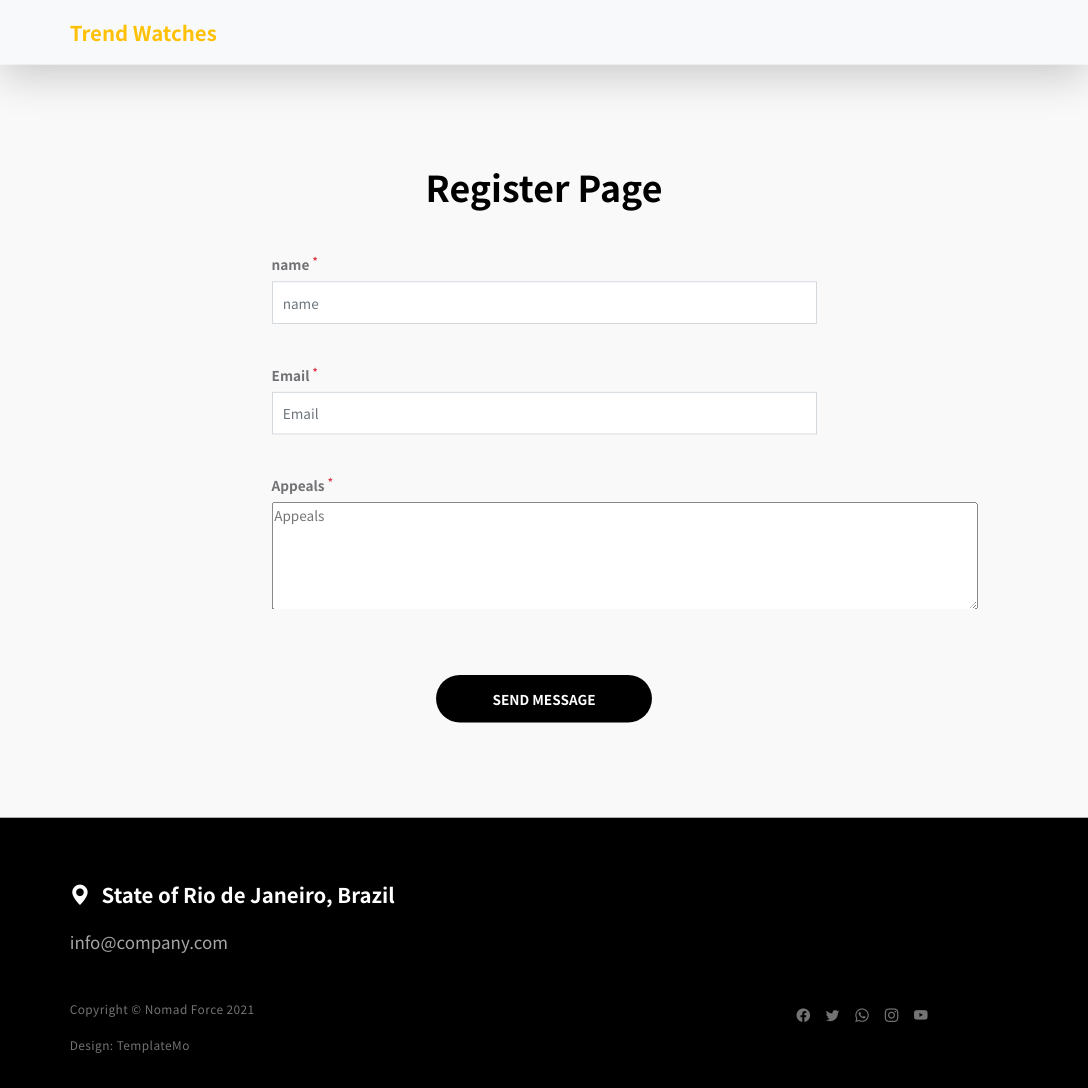
Repository: maqsudov0371/homework
Page: http://localhost/appeals
These files come from the project's save history. The page is drawn as it stood at one moment and after the next save; the edit follows.
The browser window is 1280 px wide. The pictures show the whole page, at 85% of full size.
The page is served by the project's application, run on Django 5.2 (manage.py). Other server files are loaded and not shown.

Above is the page before, as saved 2024-07-13 16:01:26.

### templates/appeals.html
<!doctype html>
<html lang="en">
    {% load static %}
    <head>
        <meta charset="utf-8">
        <meta name="viewport" content="width=device-width, initial-scale=1">

        <meta name="description" content="">
        <meta name="author" content="">

        <title>Nomad Force HTML Bootstrap 5 Template</title>

        <!-- CSS FILES -->
        <link rel="preconnect" href="https://fonts.googleapis.com">

        <link rel="preconnect" href="https://fonts.gstatic.com" crossorigin>

        <link href="https://fonts.googleapis.com/css2?family=Noto+Sans+JP:wght@100;300;400;700;900&display=swap" rel="stylesheet">

        <link href="{% static 'css/bootstrap.min.css' %}" rel="stylesheet">
        <link href="{% static 'css/bootstrap-icons.css' %}" rel="stylesheet">

        <link rel="stylesheet" href="{% static 'css/magnific-popup.css' %} ">

        <link href="{% static 'css/aos.css' %}" rel="stylesheet">

        <link href="{% static 'css/templatemo-nomad-force.css' %}" rel="stylesheet">
<!--

TemplateMo 567 Nomad Force

https://templatemo.com/tm-567-nomad-force

-->
    </head>

    <body>

        <main>



            <nav class="navbar navbar-expand-lg bg-light shadow-lg">
                <div class="container">
                    <a class="navbar-brand" href="index.html">
                        <strong>Trend Watches</strong>
                    </a>

                    <button class="navbar-toggler" type="button" data-bs-toggle="collapse" data-bs-target="#navbarNav" aria-controls="navbarNav" aria-expanded="false" aria-label="Toggle navigation">
                        <span class="navbar-toggler-icon"></span>
                    </button>

                </div>
            </nav>



            <section class="news section-padding" id="news">
                <div class="container">
                    <div class="row">

                        <div class="col-lg-7 col-12 mx-auto">

                            <h2 class="mb-4 text-center aos-init aos-animate" data-aos="fade-up">Register Page</h2>

                            <form action="#" method="post" class="contact-form aos-init aos-animate" role="form" data-aos="fade-up">

                                {% csrf_token %}
                                <div class="row">
                                    <div class="col-12 my-4">
                                        <label for="name" class="form-label">name <sup class="text-danger">*</sup></label>

                                        <input type="text" name="name" id="name" class="form-control" placeholder="name" required="">
                                    </div>

                                    <div class="col-12 my-4">
                                        <label for="email" class="form-label">Email <sup class="text-danger">*</sup></label>

                                        <input type="text" name="email" id="email" class="form-control" placeholder="Email" required="">
                                    </div>


                                    <div class="col-lg-12 my-4">
                                        <label for="appeals" class="form-label">Appeals <sup class="text-danger">*</sup></label>

                                        <!-- <input type="appeals" name="appeals" id="appeals"  class="form-control" placeholder="Appeals" > -->
                                        <textarea name="appeals" id="Appeals" cols="91" rows="5" placeholder="Appeals"></textarea>
                                    </div>

                                <div class="col-lg-5 col-12 mx-auto mt-5">
                                    <button type="submit" class="form-control">Send Message</button>
                                </div>
                            </form>
                        </div>
                </div>
            </section>




        </main>

        <footer class="site-footer">
            <div class="container">
                <div class="row">

                    <div class="col-12">
                        <h5 class="text-white">
                            <i class="bi-geo-alt-fill me-2"></i>
                            State of Rio de Janeiro, Brazil
                        </h5>

                        <a href="mailto:info@company.com" class="custom-link mt-3 mb-5">
                            info@company.com
                        </a>
                    </div>

                    <div class="col-6">
                        <p class="copyright-text mb-0">Copyright © Nomad Force 2021

                        <br><br>Design: <a href="https://templatemo.com/page/1" target="_parent">TemplateMo</a></p>

                    </div>

                    <div class="col-lg-3 col-5 ms-auto">
                        <ul class="social-icon">
                            <li><a href="#" class="social-icon-link bi-facebook"></a></li>

                            <li><a href="#" class="social-icon-link bi-twitter"></a></li>

                            <li><a href="#" class="social-icon-link bi-whatsapp"></a></li>

                            <li><a href="#" class="social-icon-link bi-instagram"></a></li>

                            <li><a href="#" class="social-icon-link bi-youtube"></a></li>
                        </ul>
                    </div>

                </div>
            </section>
        </footer>

        <!-- JAVASCRIPT FILES -->
        <script src="{% static 'js/jquery.min.js' %}"></script>
        <script src="{% static 'js/bootstrap.bundle.min.js' %}"></script>
        <script src="{% static 'js/jquery.sticky.js' %}"></script>
        <script src="{% static 'js/aos.js' %}"></script>
        <script src="{% static 'js/jquery.magnific-popup.min.js' %}"></script>
        <script src="{% static 'js/magnific-popup-options.js' %}"></script>
        <script src="{% static 'js/scrollspy.min.js' %}"></script>
        <script src="{% static 'js/custom.js' %}"></script>

    </body>
</html>

### main/views.py
from django.shortcuts import render
from . import models

def watches(request):
    posts = models.Watches.objects.all()

    context = {
        'post':posts
    }
    return render(request, 'watches.html', context)


def register_user(request):
    if request.method == 'POST':
        name = request.POST['name']
        email = request.POST['email']
        password = request.POST['password']

        user = models.User.objects.create(
            username = name,
            email = email
        )
        user.set_password(password)
        user.save()

    return render(request, 'register.html')


def appeals(request):
    if request.method == 'POST':
        name = request.POST['name']
        email = request.POST['email']
        appeal = request.POST['appeal']

        appeals = models.Appeal.objects.create(
            username = name,
            email = email,
            appeal = appeal
        )
        appeals.set__ap(appeal)
        appeals.save()
    return render(request, 'appeals.html')

### Watches/urls.py
"""
URL configuration for Watches project.

The `urlpatterns` list routes URLs to views. For more information please see:
    https://docs.djangoproject.com/en/5.0/topics/http/urls/
Examples:
Function views
    1. Add an import:  from my_app import views
    2. Add a URL to urlpatterns:  path('', views.home, name='home')
Class-based views
    1. Add an import:  from other_app.views import Home
    2. Add a URL to urlpatterns:  path('', Home.as_view(), name='home')
Including another URLconf
    1. Import the include() function: from django.urls import include, path
    2. Add a URL to urlpatterns:  path('blog/', include('blog.urls'))
"""
from django.contrib import admin
from django.urls import path, include
from django.conf import settings
from django.conf.urls.static import static

urlpatterns = [
    path('admin/', admin.site.urls),
    path('', include('main.urls'))
]+static(settings.MEDIA_URL, document_root=settings.MEDIA_ROOT)

### main/urls.py
from . import views
from django.urls import path

urlpatterns = [
    path('', views.watches),
    path('register-user', views.register_user, name='register_user'),
    path('appeals', views.appeals, name='appeal')
]

Loaded but not shown: static/css/bootstrap.min.css (library); static/css/bootstrap-icons.css (library); static/css/magnific-popup.css (library); static/css/aos.css (library); static/js/jquery.min.js (library); static/js/bootstrap.bundle.min.js (library); static/js/jquery.sticky.js (library); static/js/aos.js (library); static/js/jquery.magnific-popup.min.js (library); static/js/magnific-popup-options.js (common file); static/js/scrollspy.min.js (common file); static/js/custom.js (42 lines, source omitted); static/css/templatemo-nomad-force.css (722 lines, source omitted)

After the next save:
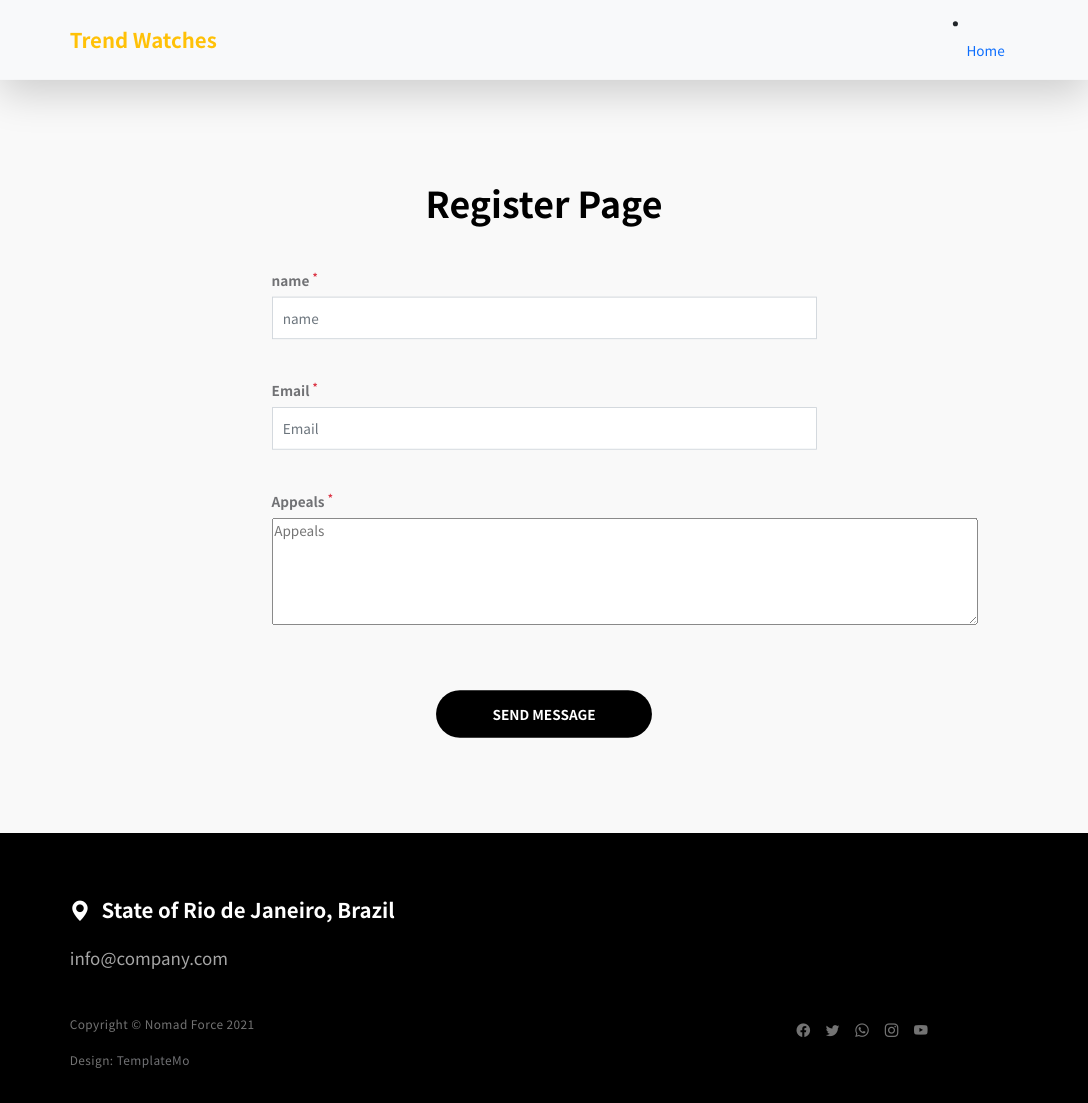
Console error (its wording comes from the project's code and is left out).
Saved 17 s later.
--- a/templates/appeals.html
+++ b/templates/appeals.html
@@ -45,6 +45,10 @@
                     <a class="navbar-brand" href="index.html">
                         <strong>Trend Watches</strong>
                     </a>
+
+                    <li class="nav-item active">
+                        <a class="nav-link" href="http://127.0.0.1:8000/">Home</a>
+                    </li>
 
                     <button class="navbar-toggler" type="button" data-bs-toggle="collapse" data-bs-target="#navbarNav" aria-controls="navbarNav" aria-expanded="false" aria-label="Toggle navigation">
                         <span class="navbar-toggler-icon"></span>

After the 2 saves that followed:
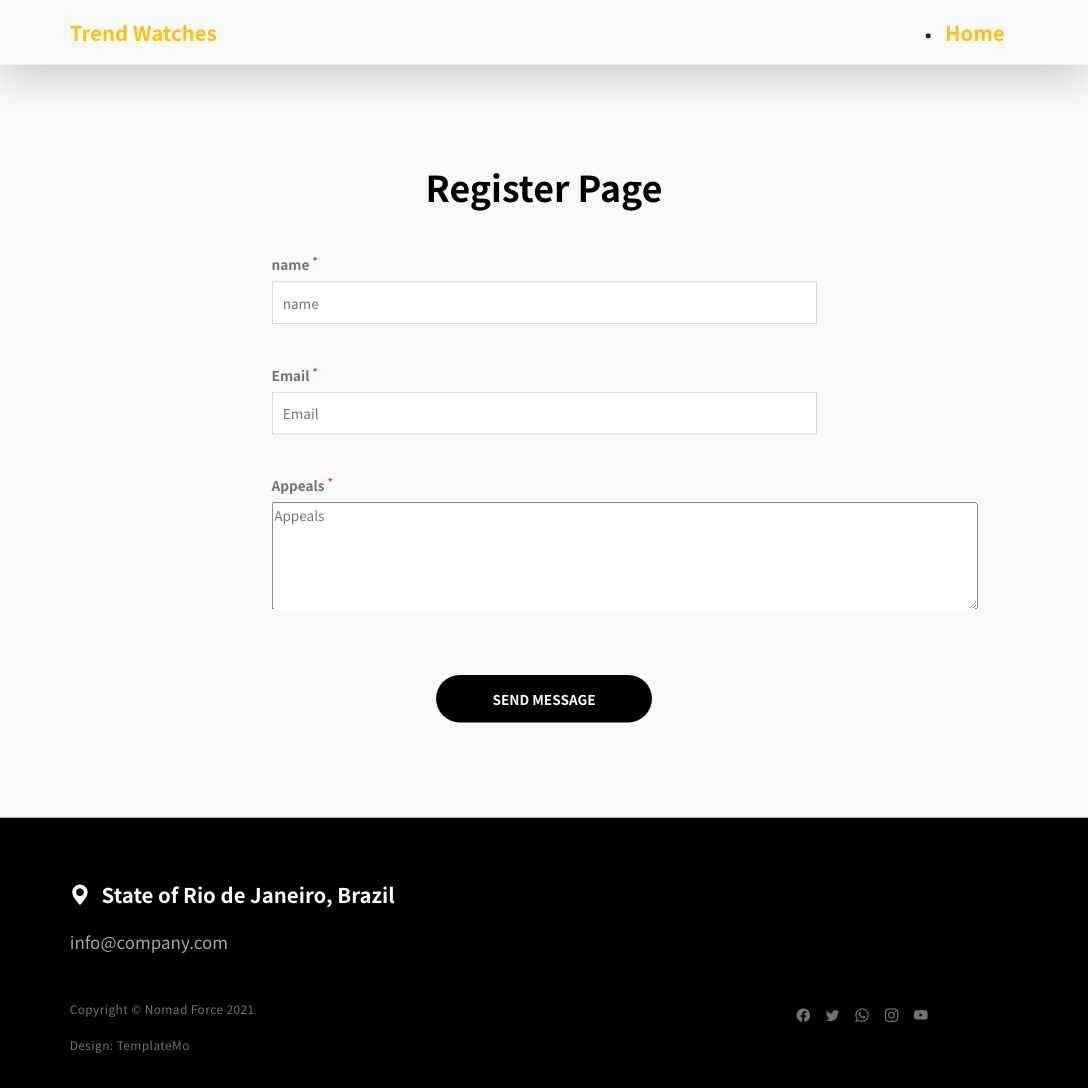
The 2 saves are shown as one change because they came seconds apart.
The last was saved 28 s later.
--- a/templates/appeals.html
+++ b/templates/appeals.html
@@ -47,7 +47,7 @@
                     </a>
 
                     <li class="nav-item active">
-                        <a class="nav-link" href="http://127.0.0.1:8000/">Home</a>
+                        <a class="navbar-brand" href="http://127.0.0.1:8000/">Home</a>
                     </li>
 
                     <button class="navbar-toggler" type="button" data-bs-toggle="collapse" data-bs-target="#navbarNav" aria-controls="navbarNav" aria-expanded="false" aria-label="Toggle navigation">
